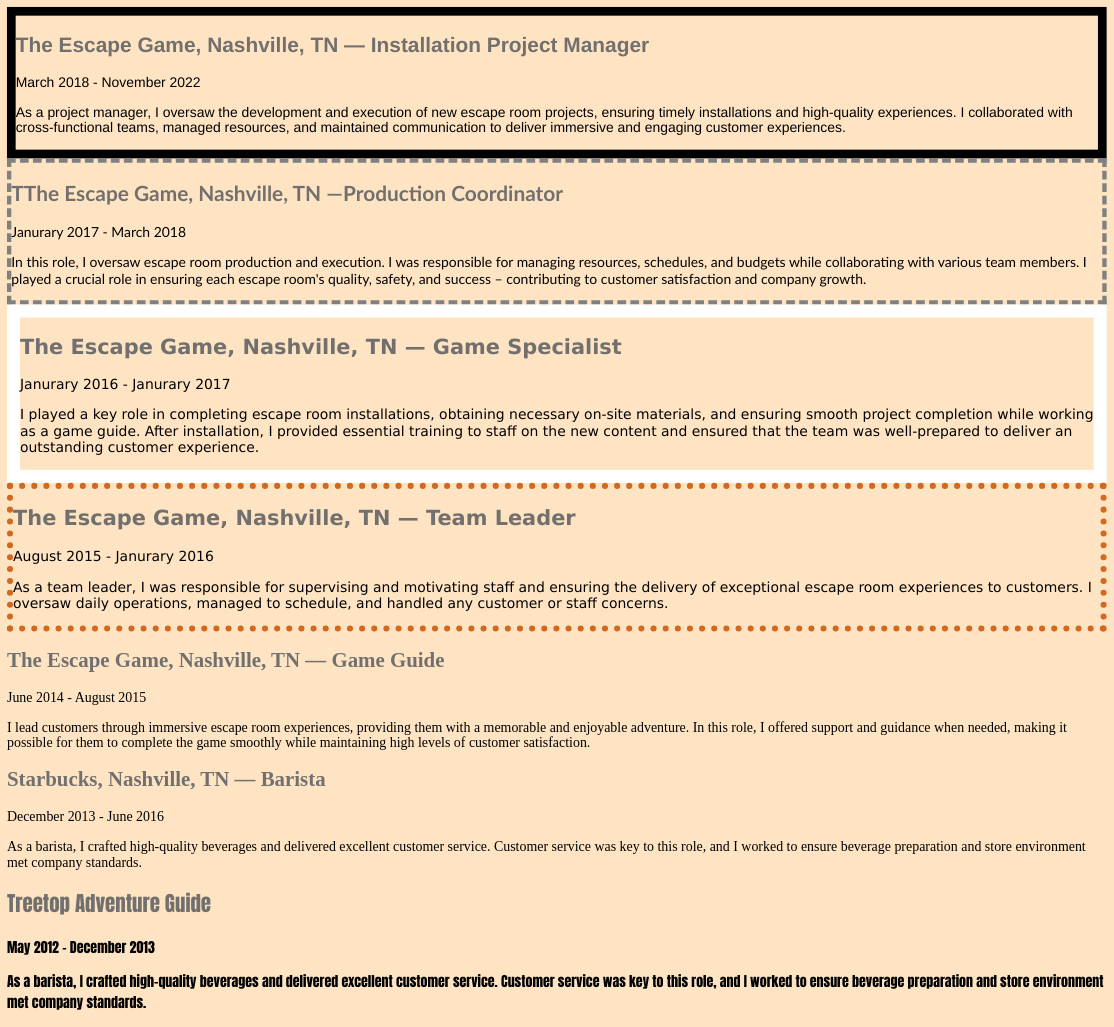
Repository: jgramirez0210/LAB-HTML-Resume
Page: index.html
An editor plug-in stored every save of this project. The page is shown before and after the next save, followed by the edit.
The browser window is 1280 px wide. The pictures show the whole page, at 87% of full size.

Above is the page before, as saved 2023-10-10 15:37:51.

After the next save:
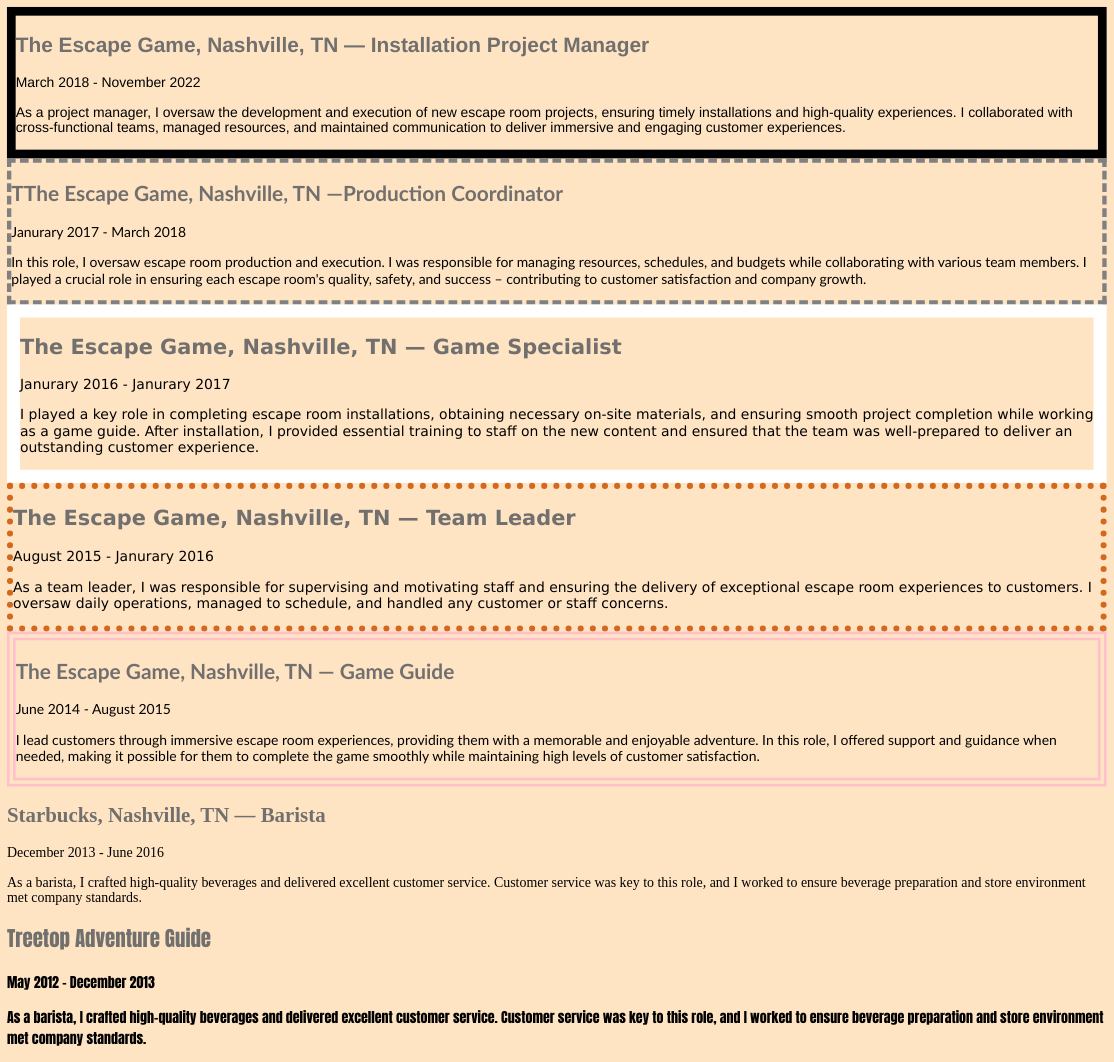
Saved 14 s later.
--- a/main.css
+++ b/main.css
@@ -15,7 +15,7 @@
   border: 7px dotted chocolate;
 }
 #job3 {
-  font-family:'Trebuchet MS', 'Lucida Sans Unicode', 'Lucida Grande', 'Lucida Sans', Arial, sans-ser
+  font-family:'Trebuchet MS', 'Lucida Sans Unicode', 'Lucida Grande', 'Lucida Sans', Arial, sans-ser;
   border: 10px double pink;
 }
 #job2 {
